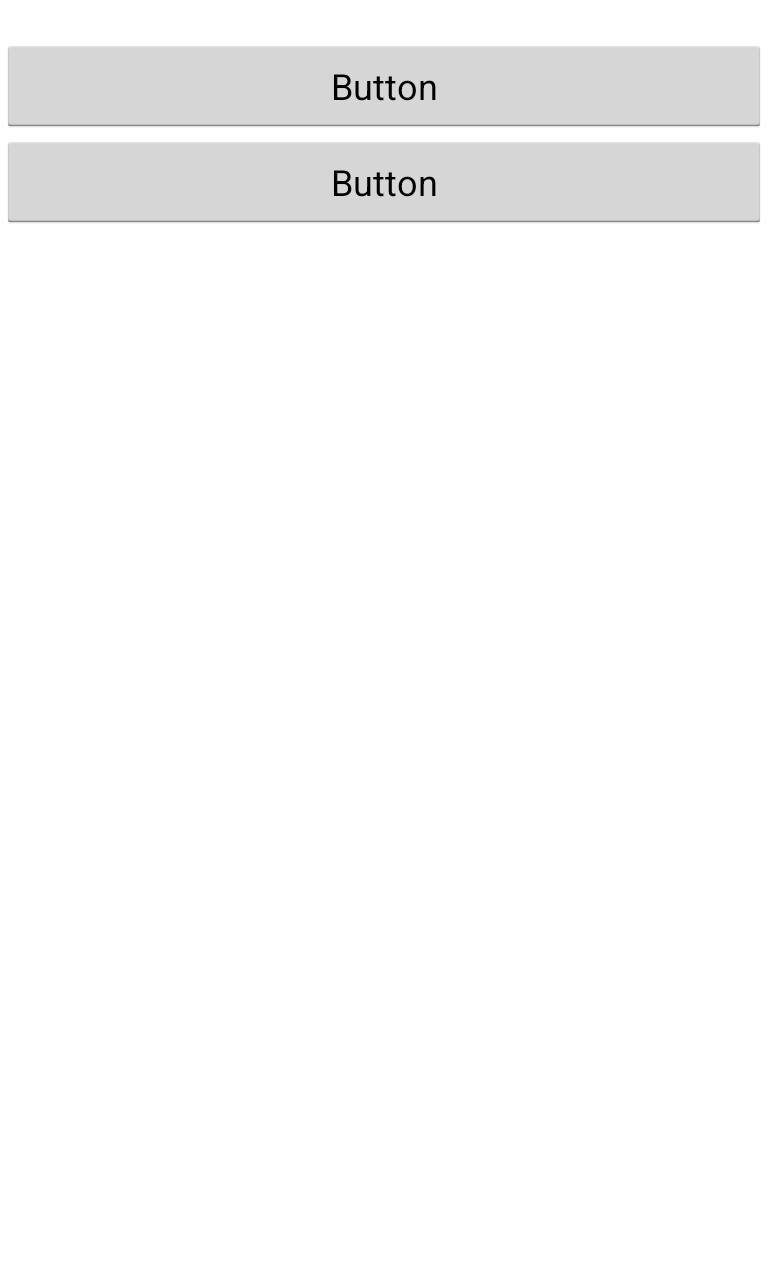
Repository: pajamasi726/AndroidExample
Layout: AndroidExample/Exam21_TopActivityInfo/res/layout/activity_main.xml
An editor plug-in stored every save of this project. The layout is shown before and after the next save, followed by the edit.
It is drawn on a 768 x 1280 px phone screen (xhdpi) without system bars, with theme AppTheme; the app's code is not run.

Above is the layout before, as saved 2016-03-28 04:44:13.

After the next save:
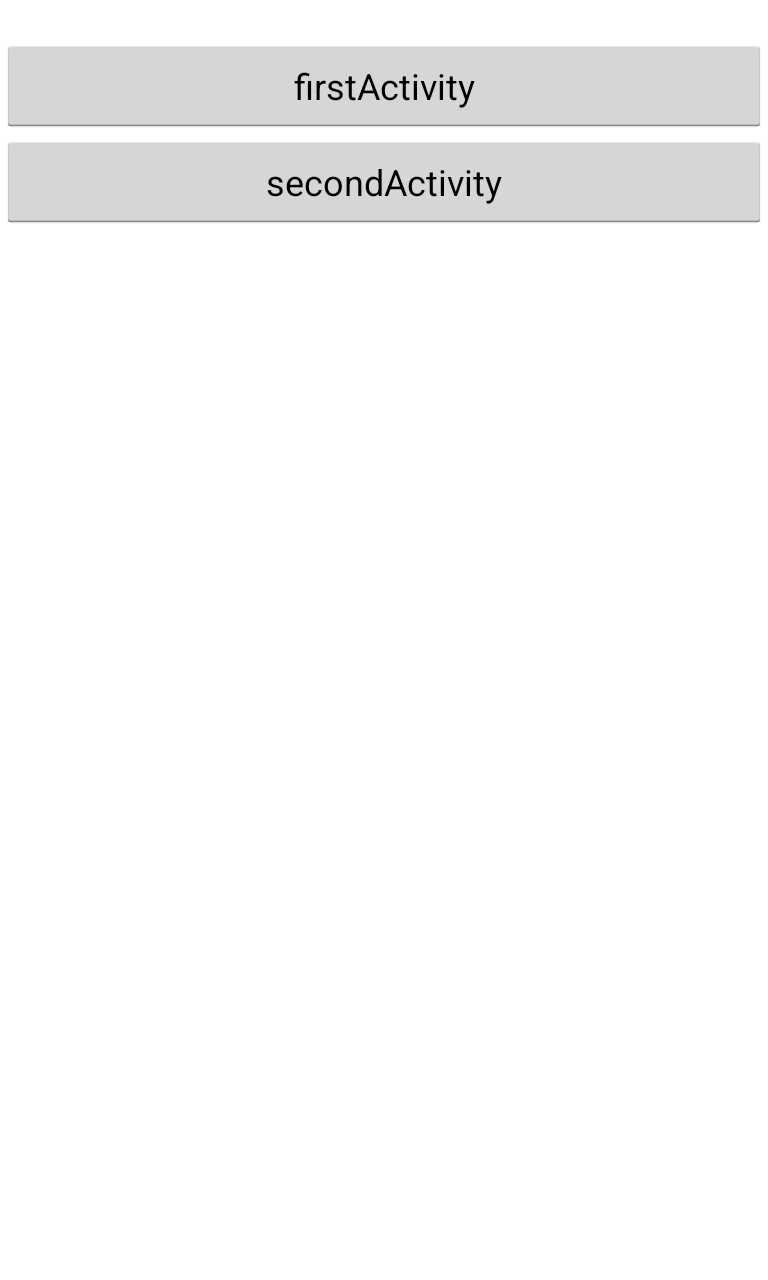
Saved 18 s later.
--- a/AndroidExample/Exam21_TopActivityInfo/res/layout/activity_main.xml
+++ b/AndroidExample/Exam21_TopActivityInfo/res/layout/activity_main.xml
@@ -20,7 +20,7 @@
         android:layout_alignParentRight="true"
         android:layout_below="@+id/MainTV"
         android:onClick="onClick"
-        android:text="Button" />
+        android:text="firstActivity" />
 
     <Button
         android:id="@+id/button2"
@@ -30,6 +30,6 @@
         android:layout_alignParentRight="true"
         android:layout_below="@+id/button1"
         android:onClick="onClick"
-        android:text="Button" />
+        android:text="secondActivity" />
 
 </RelativeLayout>
